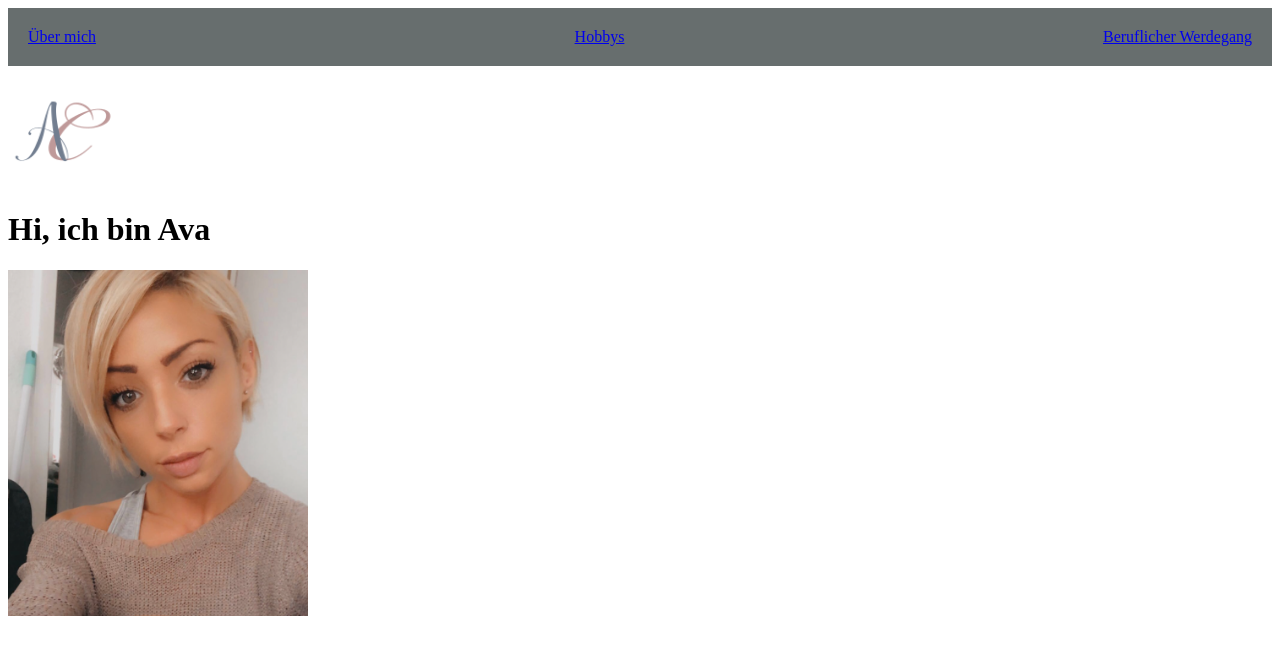
Repository: Ava-VictoriaCrivello/website
Page: index.html
The author's editor kept a copy of each file at every save. The page is drawn from the files as they stood at one save, then again after the next save.
The browser window is 1280 px wide. The pictures show the whole page.
Some web fonts or font styles are not loaded; a fallback is used.

Above is the page before, as saved 2022-05-29 12:24:29.

After the next save:
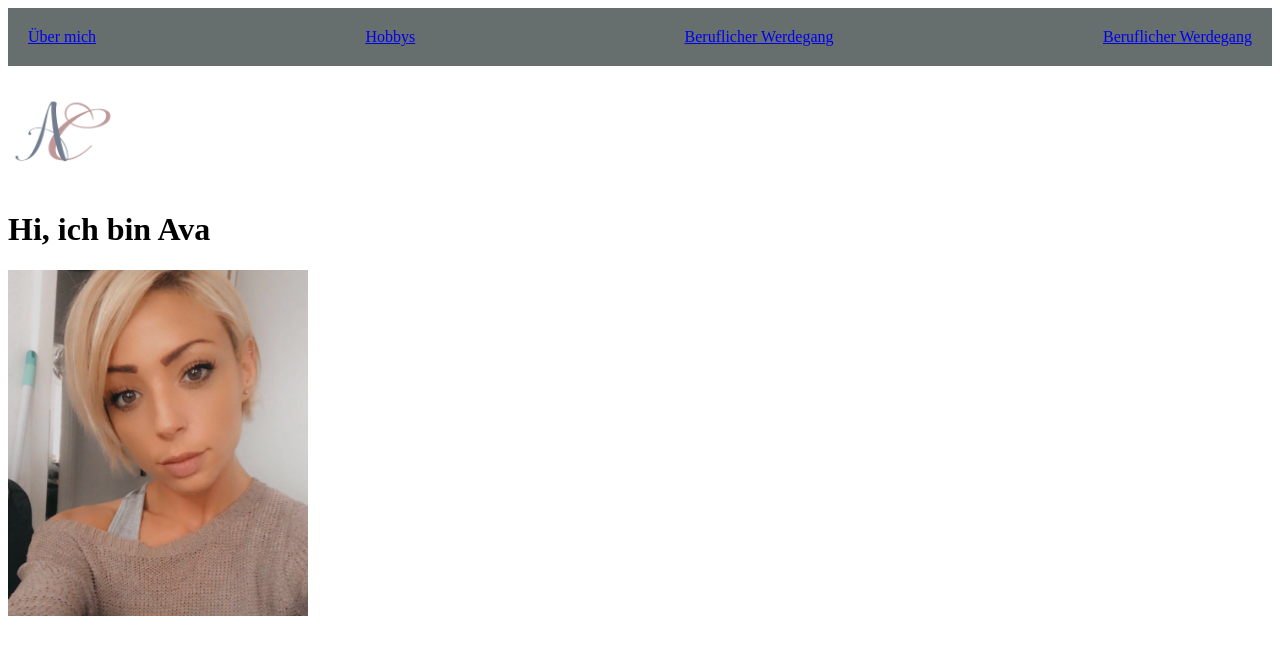
Saved 101 s later.
--- a/index.html
+++ b/index.html
@@ -18,6 +18,7 @@
       <a class="button" href="#aboutme">Über mich</a>
       <a class="button" href="#hobbys">Hobbys</a>
       <a class="button" href="#work">Beruflicher Werdegang</a>
+      <a class="button" href="#work">Beruflicher Werdegang</a>
     </nav>
 
     <header>
